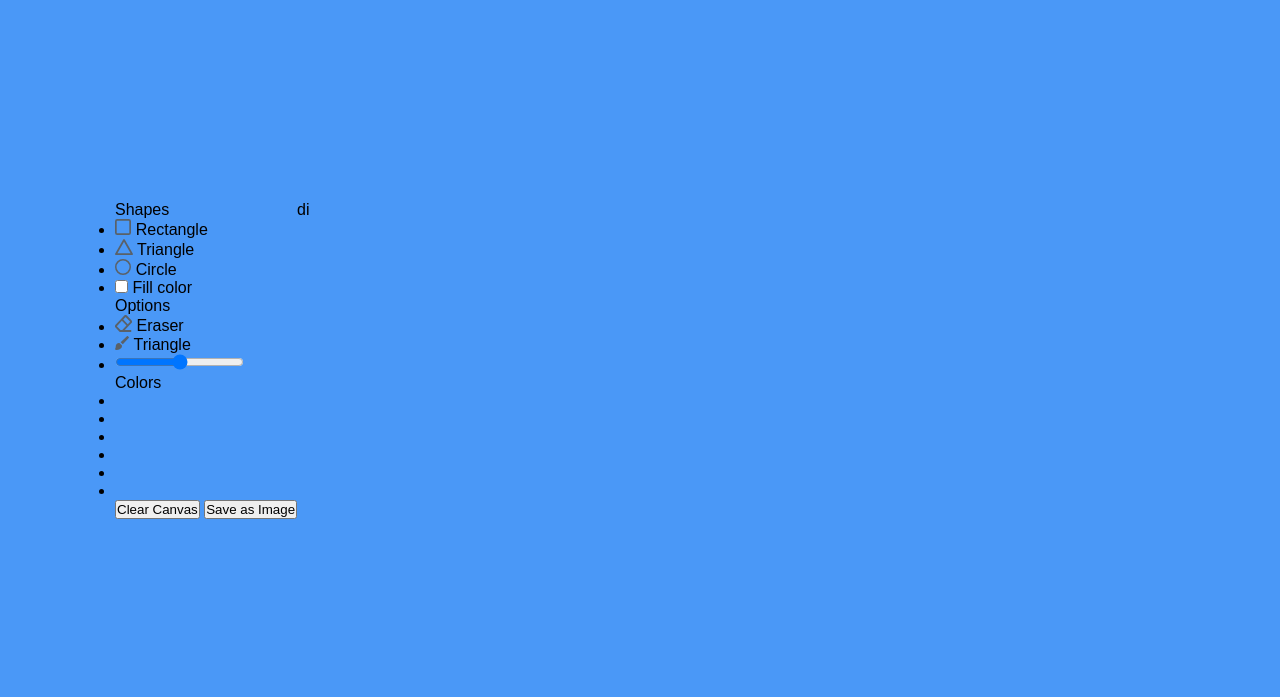
Repository: mdsajib50/Drawing-app
Page: index.html
An editor plug-in stored every save of this project. The page is shown before and after a run of saves, followed by the edit.
The browser window is 1280 px wide. The pictures show the whole page.

Above is the page before, as saved 2025-02-17 21:35:36.

After the next 4 saves:
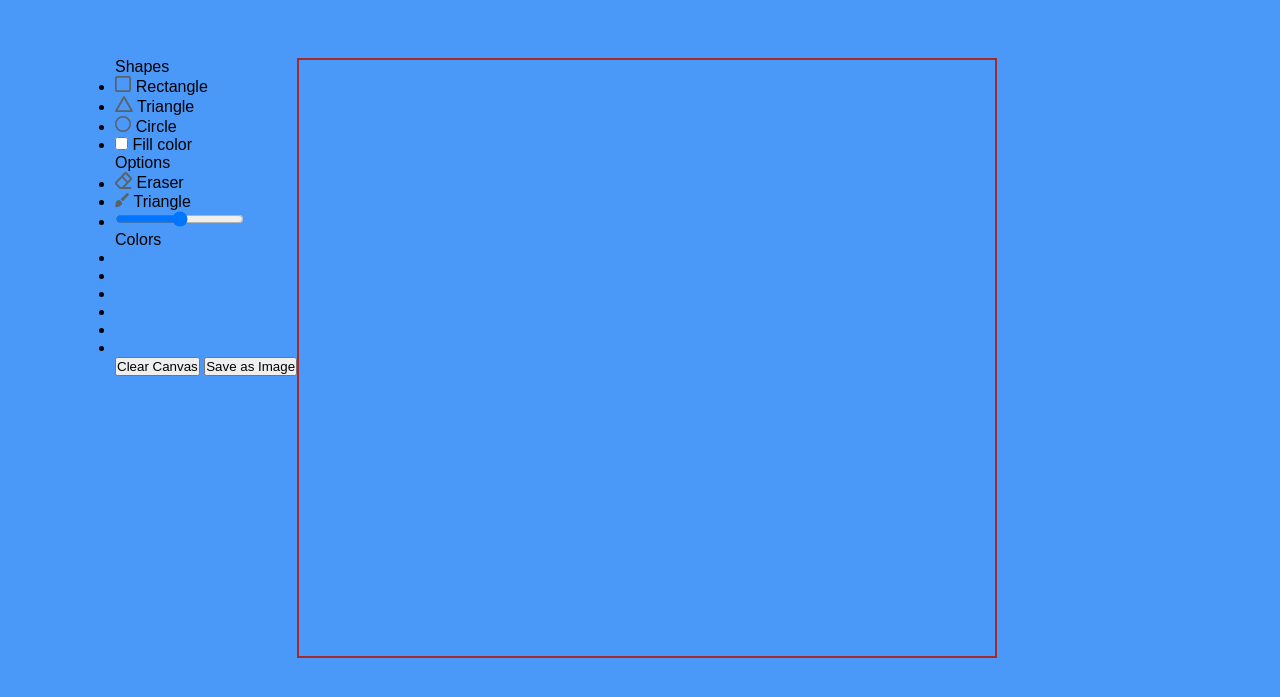
The 4 saves are shown as one change because they came seconds apart.
The last was saved 11 s later.
--- a/index.html
+++ b/index.html
@@ -65,7 +65,9 @@
             </aside>
         </section>
         <section>
-            di
+            <div>
+                <canvas></canvas>
+            </div>
         </section>
     </div>
     <script src="script.js"></script>
